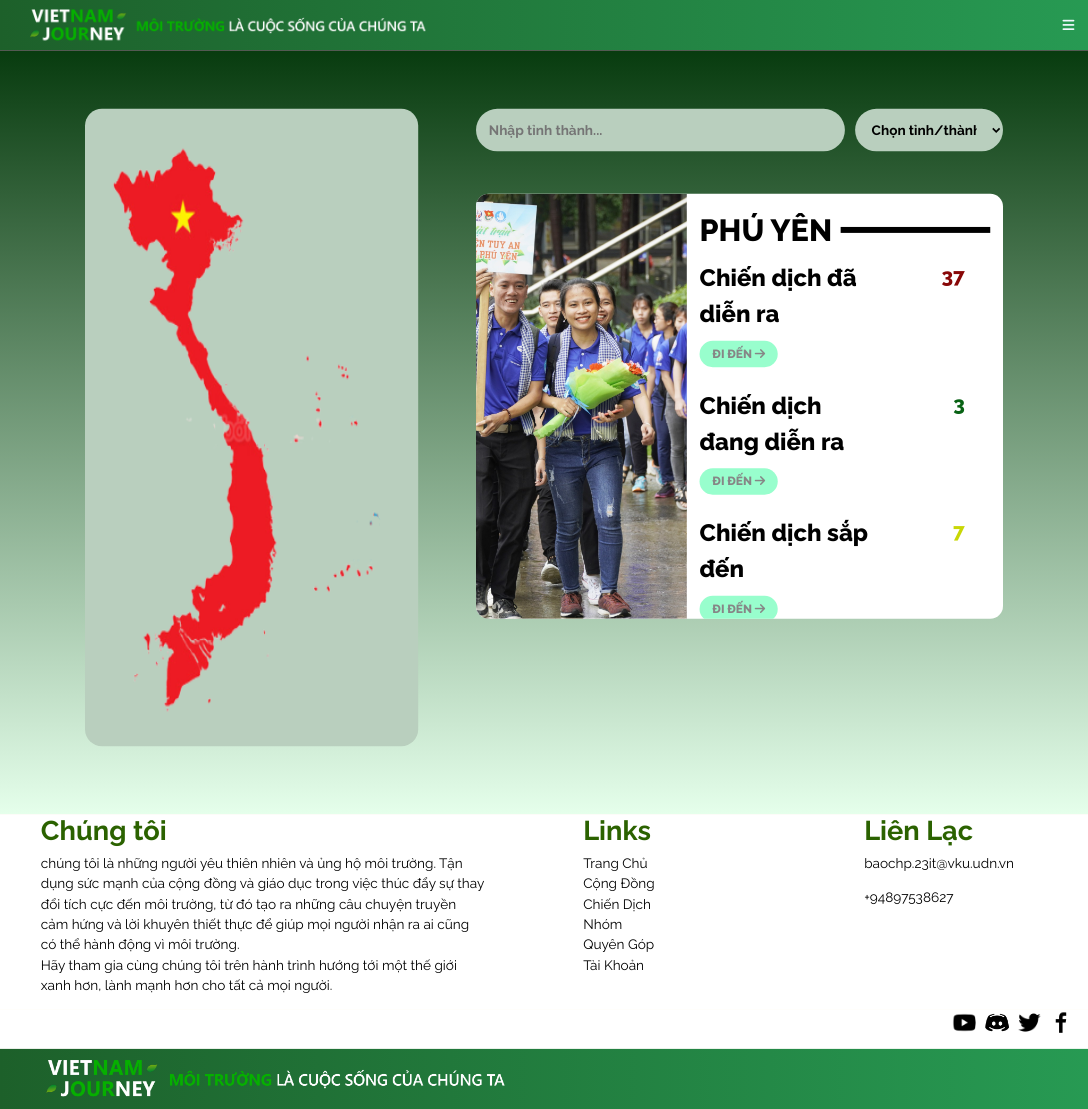
Repository: Boima12/Boima12.github.io_VietnamJourney
Page: HTML/ChienDich/ChienDich.html
The author's editor kept a copy of each file at every save. The page is drawn from the files as they stood at one save, then again after the next save.
The browser window is 1280 px wide. The pictures show the whole page, at 85% of full size.

Above is the page before, as saved 2024-05-25 08:37:13.

### HTML/ChienDich/ChienDich.html
<!DOCTYPE html>
<HTML lang="en">

<HEAD>
    <TITLE>Chiến Dịch</TITLE>
    <meta charset="UTF-8">
    <meta name="viewport" content="width=device-width, initial-scale=1.0">

    <!-- Favicon -->
    <link rel="icon" type="image/x-icon" href="../../Images/yo.ico">

    <!--Bootstrap 5-->
    <link href="https://cdn.jsdelivr.net/npm/bootstrap@5.3.3/dist/css/bootstrap.min.css" rel="stylesheet">
    <script src="https://cdn.jsdelivr.net/npm/bootstrap@5.3.3/dist/js/bootstrap.bundle.min.js"></script>
    <!-- <link rel="stylesheet" href="https://cdn.jsdelivr.net/npm/bootstrap@4.6.2/dist/css/bootstrap.min.css" integrity="sha384-xOolHFLEh07PJGoPkLv1IbcEPTNtaed2xpHsD9ESMhqIYd0nLMwNLD69Npy4HI+N" crossorigin="anonymous"> -->
    <!-- Font Awesome -->
    <link rel="stylesheet" href="https://cdnjs.cloudflare.com/ajax/libs/font-awesome/6.5.1/css/all.min.css">

    <!-- CSS -->
    <link rel="stylesheet" href="ChienDich.css">
</HEAD>



<BODY style="background-color: #FFF4E6;">

    <!-- header là Navigation bar -->
    <header id="header1">
        <div class="logo">
            <img class="logo1" src="../../Images/header1.png" onclick="navToIntro()" style="height: 40px;">
            <img class="logo2" src="../../Images/header2.png" onclick="navToIntro()">
        </div>

        <div class="links">
            <nav>
                <a href="../TrangChu/TrangChu.html">TRANG CHỦ</a>
                <a href="../CongDong/CongDong.html">CỘNG ĐỒNG</a>
                <a href="../ChienDich/ChienDich.html">CHIẾN DỊCH</a>
                <a href="../Nhom/Nhom.html">NHÓM</a>
                <a href="../QuyenGop/QuyenGop.html">QUYÊN GÓP</a>
                <a href="../TaiKhoan/TaiKhoan.html">TÀI KHOẢN</a>
            </nav>
        </div>

        <div class="bar" onclick="MenuBar()">
            <i class="fa-solid fa-bars"></i>
        </div>

        <div id="overlay"></div>

        <div id="sidebar">
            <div class="sidebar-content">

                <div style="color: aliceblue;text-align: right;margin-top:0;" onclick="CloseBar()"><i
                        class="fa-solid fa-bars"></i></div>

                <!-- <p>VỀ CHÚNG TÔI <i class="fa-regular fa-address-card"></i></p> -->
                <a href="../TrangChu/TrangChu.html">TRANG CHỦ <i class="fa-solid fa-house"></i></a>
                <a href="../CongDong/CongDong.html">CỘNG ĐỒNG <i class="fa-solid fa-earth-americas"></i></a>
                <a href="../ChienDich/ChienDich.html">CHIẾN DỊCH <i class="fa-solid fa-fire"></i></a>
                <a href="../Nhom/Nhom.html">NHÓM <i class="fa-solid fa-people-group"></i></a>
                <a href="../QuyenGop/QuyenGop.html">QUYÊN GÓP <i class="fa-solid fa-hand-holding-dollar"></i></a>
                <a href="../TaiKhoan/TaiKhoan.html">TÀI KHOẢN <i class="fa-solid fa-user"></i></a>
            </div>

        </div>

    </header>
    <div style="height: 3rem;"></div> <!-- Cách một khoảng cho navigation bar -->















<!-- LÀM Ở ĐÂY -->
    <div class="section-one">
        <div class="container">
            <div class="row">
                <div class="col-xl-5  col-lg-5 col-md-12 col-sm-12 col-12">
                    <div class="map">
                        <img src="./images/bando.png" alt="bản đồ việt nam">
                    </div>
                </div>
                <div class="col-xl-7 col-lg-7 col-md-12 col-sm-12 col-12">
                    <div class="right">
                        <div class="search">
                            <input type="search" class="inner-search" placeholder="Nhập tỉnh thành...">
                            <select id="province" name="province" required>
                                <option value="" selected disabled>Chọn tỉnh/thành</option>
                            </select>
                        </div>
                        <div class="content">
                            <img src="./images/anh1.jpg" alt="">
                            <div class="inner-content">
                                <div class="inner-title">
                                    <div class="inner-text">PHÚ YÊN</div>
                                    <div class="inner-line"></div>
                                </div>
                                <div class="part">
                                    <div class="inner-content">
                                        <div class="inner-title">Chiến dịch đã diễn ra</div>
                                        <div class="inner-button">ĐI ĐẾN <i class="fa-solid fa-arrow-right"></i></div>
                                    </div>
                                    <div class="inner-count red">37</div>
                                </div>
                                <div class="part">
                                    <div class="inner-content">
                                        <div class="inner-title">Chiến dịch đang diễn ra</div>
                                        <div class="inner-button">ĐI ĐẾN <i class="fa-solid fa-arrow-right"></i></div>
                                    </div>
                                    <div class="inner-count green">3</div>
                                </div>
                                <div class="part">
                                    <div class="inner-content">
                                        <div class="inner-title">Chiến dịch sắp đến</div>
                                        <div class="inner-button">ĐI ĐẾN <i class="fa-solid fa-arrow-right"></i></div>
                                    </div>
                                    <div class="inner-count yellow">7</div>
                                </div>
                            </div>
                        </div>
                    </div>
                </div>
            </div>
        </div>
    </div>















    <footer>
        <div class="up">
            <div id="about">
                <h2>Chúng tôi</h2>
                <p>chúng tôi là những người yêu thiên nhiên và ủng hộ môi trường. Tận dụng sức mạnh của cộng đồng và giáo dục trong việc thúc đẩy sự thay đổi tích cực đến môi trường, từ đó tạo ra những câu chuyện truyền cảm hứng và lời khuyên thiết thực để giúp mọi người nhận ra ai cũng có thể hành động vì môi trường.<br>
                    Hãy tham gia cùng chúng tôi trên hành trình hướng tới một thế giới xanh hơn, lành mạnh hơn cho tất cả mọi người.
                </p>
            </div>

            <div id="quickLinks">
                <h2>Links</h2>
                <a href="../../HTML/TrangChu/TrangChu.html">Trang Chủ</a>
                <a href="../../HTML/CongDong/CongDong.html">Cộng Đồng</a>
                <a href="../../HTML/ChienDich/ChienDich.html">Chiến Dịch</a>
                <a href="../../HTML/Nhom/Nhom.html">Nhóm</a>
                <a href="../../HTML/QuyenGop/QuyenGop.html">Quyên Góp</a>
                <a href="../../HTML/TaiKhoan/TaiKhoan.html">Tài Khoản</a>
            </div>

            <div id="contacts">
                <h2>Liên Lạc</h2>
                <p>baochp.23it@vku.udn.vn</p>
                <p>+94897538627</p>
            </div>
        </div>


        <div class="mid">
            <a href="https://www.youtube.com/channel/UC1cpkfqLNp6I1HgNy2MUhUg"><img src="../../Images/youtube_icon.png"></a>
            <a href="https://discord.com/invite/45fkbZcj"><img src="../../Images/discord_icon.png"></a>
            <a href="https://x.com/dog_rates"><img src="../../Images/twitter_icon.png"></a>
            <a href="https://web.facebook.com/vku.udn.vn/?_rdc=1&_rdr"><img src="../../Images/facebook_icon.png"></a>
        </div>


        <div class="bot">
            <img class="logo1" src="../../Images/header1.png">
            <img class="logo2" src="../../Images/header2.png">
        </div>
    </footer>


    <!-- JavaScript -->
    <script src="../../Script/ChienDich.js"></script>
    <noscript>Your Browser doesn't support JavaScript</noscript>

</BODY>

</HTML>

### HTML/ChienDich/ChienDich.css
/* IMPORTING */
@font-face {
    font-family: Raleway;
    src: url("../../Fonts/Raleway-VariableFont_wght.ttf");
}

/* END IMPORTING */

/*BASE*/
* {
    box-sizing: border-box;
}

:root {
    --color-bg: #05390C;
    --color-green: #00FF0A;
    --color-text: #000000;
    --color-desc: #868686;
  }

body {
    color: var(--color-text);
}

.container {
    max-width: 100%;
    padding-left: 100px;
    padding-right: 100px;
}

/*BASE*/

/* Loại bỏ margin - padding global */
* {
    margin: 0px;
    padding: 0px;
}


/* global font */
* {
    font-family: Raleway;
}



/* NAVIGATION BAR */
header {
    display: flex;
    align-items: center;
    justify-content: space-between;
    position: fixed;
    width: 100%;
    height: 60px;
    border-bottom: 1.5px solid rgb(97, 94, 94);
    background: linear-gradient(to right, rgb(29, 96, 42), rgb(39, 154, 83));
    z-index: 999;
}


header div.logo img {
    width: auto;
    height: 2.9rem;
    /* margin-left: 3rem; */
}

header div.logo img.logo1 {
    display: block;
    padding-left: 10px;
    margin: 20px;
}

header div.logo img.logo2 {
    display: none;
}


header div.links nav {
    display: flex;
    justify-content: space-around;
    width: 100%;
}


header div.links nav a {
    margin: 0;
    padding: 0 1rem;

    cursor: pointer;

    text-decoration: none;
    color: white;
    font-size: 16px;
    font-weight: 600;
}


header div.links nav a:hover {
    color: #b8e994;
}


header div.bar {
    display: none;
    margin-right: 1rem;

    color: aliceblue;
    text-align: right;
}


header #overlay {
    display: none;
    position: fixed;

    top: 0;
    left: 0;
    width: 100%;
    height: 100%;

    background-color: rgba(0, 0, 0, 0.8);

    z-index: 9999;
}


header #sidebar {
    display: flex;
    justify-content: flex-end;
    float: right;

    position: fixed;

    top: 0;
    right: -20%;
    width: 20%;
    height: 100%;
    border: none;
    overflow: hidden;

    background: linear-gradient(to top, rgb(37, 79, 46), rgb(53, 189, 105));

    transition: right 0.3s ease-in-out;
    z-index: 10000;

}


header #sidebar.open {
    right: 0;
}


header #sidebar div.sidebar-content {
    display: flex;
    flex-direction: column;
    overflow-y: auto;
    overflow-x: hidden;
    padding: 1.5rem;
    width: 100%;
}


header #sidebar div.sidebar-content a {
    text-align: right;
    text-decoration: none;
    font-size: 1.2rem;

    color: aliceblue;
    margin-top: 1.5rem;

    margin-right: 0;
}


header #sidebar div.sidebar-content a:hover {
    color: #b8e994;
}


header #sidebar div.sidebar-content i {
    font-size: smaller;
}

/* END NAVIGATION BAR */

/* SECTION-ONE */
.section-one {
    background-image: linear-gradient(to bottom, #05390C, #E5FFEB);
    padding-top: 80px;
    padding-bottom: 80px;
}

.map {
    width: 90%;
    position: relative;
    border-radius: 20px;
    max-width: 100%;
    overflow: hidden;
    height: 750px;
    object-fit: cover;
    background-color: #b9cfbe ;
}

.map img {
    width: 100%;
    height: 100%;
}

.right {
    height: 700px;
}

.right .search {
    height: 50px;
    margin-bottom: 50px;
    display: flex;
    justify-content: space-between;
}

.right .search .inner-search {
    background-color: #B9CFBE;
    height: 100%;
    width: 70%;
    border-radius: 40px;
    border: none;
    padding: 5px 15px 5px 15px;
    font-size: 16px;
    font-weight: 700;
}

.right .search #province {
    background-color: #B9CFBE;
    height: 100%;
    width: 28%;
    border-radius: 40px;
    border: none;
    padding: 5px 15px 5px 15px;
    font-size: 16px;
    font-weight: 700;
}

.right .content {
    display: flex;
    border-radius: 15px;
    overflow: hidden;
    height: 500px;
    background-color: white;
}

.right .content img {
    width: 40%;
    height: auto;
    object-fit: cover;
}

.right .content .inner-content {
    width: 60%;
    padding: 15px;
}

.right .content .inner-content .inner-title {
    width: 100%;
    font-size: 36px;
    font-weight: 800;
    display: flex;
    align-items: center;
    margin-bottom: 10px;
}

.right .content .inner-content .inner-title .inner-text {
    display: inline-block;
}

.right .content .inner-content .inner-title .inner-line {
    flex-grow: 1;
    position: relative;
    height: 7px;
    background-color: #000000;
    line-height: 100%;
    margin-left: 10px;
}

.right .content .inner-content .part {
    width: 100%;
    display: flex;
    justify-content: space-between;
    margin-bottom: 25px;
}

.right .content .inner-content .part .inner-content {
    padding: 0;
}

.right .content .inner-content .part .inner-content .inner-title{
    font-size: 28px;
}

.right .content .inner-content .part .inner-content .inner-button {
    font-size: 14px;
    font-weight: 800;
    color: var(--color-desc);
    background-color: #98FECD;
    display: inline-block;
    padding: 5px 15px 5px 15px;
    border-radius: 20px;
}

.right .content .inner-content .part .inner-count {
    font-size: 24px;
    font-weight: 800;
    text-align: center;
    margin-right: 30px;
}

.right .content .inner-content .part .red {
    color: #880707;
}

.right .content .inner-content .part .green {
    color: #086214;
}

.right .content .inner-content .part .yellow {
    color: #c9d705;
}

/* END SECTION-ONE */











































/* Code CSS ở đây */






































/* FOOTER */
footer div.up {
    display: flex;
    justify-content: space-around;
    gap: 1.2rem;
    width: 100%;

    background-color: white;

}


footer div.up h2 {
    font-weight: bold;
    color: #2B6200;
}


footer div.up #about {
    display: flex;
    flex-direction: column;
    justify-content: flex-start;

    width: 50%;
    padding-left: 3rem;
    padding-right: 3rem;
}


footer div.up #quickLinks {
    display: flex;
    flex-direction: column;
    justify-content: flex-start;

    width: 25%;
    padding-left: 3rem;
    padding-right: 3rem;
}


footer div.up #quickLinks a {
    text-decoration: none;
    color: black;
}


footer div.up #contacts {
    display: flex;
    flex-direction: column;
    justify-content: flex-start;

    width: 25%;
    padding-left: 3rem;
    padding-right: 3rem;
}


footer div.mid {
    display: flex;
    justify-content: flex-end;
    gap: 0.5rem;

    width: 100%;
    padding-right: 1rem;
    padding-bottom: 1rem;
    background-color: white;
}


footer div.mid a img {
    width: 30px;
    height: 30px;
}


footer div.bot {
    display: flex;
    justify-content: flex-start;

    padding-left: 3rem;
    padding-top: 0.75rem;
    padding-bottom: 0.75rem;
    width: 100%;

    background: linear-gradient(to right, rgb(29, 96, 42), rgb(39, 154, 83));
}


footer div.bot img {
    width: auto;
    height: 2.9rem;
}


footer div.bot img.logo1 {
    display: block;
}


footer div.bot img.logo2 {
    display: none;
}


/* END FOOTER */













/* RESPONSIVE DESIGN */
@media (max-width: 1380px) {
    header div.links nav a {
        display: none;
    }

    header div.bar  {
        display: block;
    }

    header #sidebar {
        right: -30%;
        width: 30%;
    }
}


@media (max-width: 950px) {
    footer div.up {
        flex-direction: column;
    }

    footer div.up #about {
        width: 100%;
    }

    footer div.up #quickLinks {
        width: 100%;
    }

    footer div.up #contacts {
        width: 100%;
    }
}


@media (max-width: 630px) {
    header {
        height: 3.5rem;
    }

    header div.logo img.logo1 {
        display: none;
    }

    header div.logo img.logo2 {
        display: block;
    }

    header div.logo img {
        width: auto;
        height: 3.5rem;
        margin-left: 14rem;
    }

    header #sidebar {
        right: -50%;
        width: 50%;
    }

    footer div.bot {
        justify-content: center;
        padding-left: 0rem;
    }

    footer div.bot img {
        height: 3.5rem;
    }

    footer div.bot img.logo1 {
        display: none;
    }

    footer div.bot img.logo2 {
        display: block;
    }
}


@media (max-width: 560px) {
    header div.logo img {
        margin-left: 8rem;
    }

    header #sidebar {
        right: -60%;
        width: 60%;
    }
}


@media (max-width: 320px) {
    header div.logo img {
        margin-left: 5rem;
    }
}

/* END RESPONSIVE DESIGN */

### Script/ChienDich.js
// header menu bar
const overlay = document.getElementById('overlay');
const sidebar = document.getElementById('sidebar');

function MenuBar() {
    overlay.style.display = 'block';
    sidebar.classList.add('open');
}

function CloseBar() {
    overlay.style.display = 'none';
    sidebar.classList.remove('open');
}


// back to intro when click the logo
function navToIntro() {
    window.location.href = '../../index.html';
}


// navigation bar background transparency
// const header = document.getElementById('header1');
// function toggle_header() {
//     if (window.screenY == 0) {
//         header.style.background = 'linear-gradient(to right, rgba(29, 96, 42, 0), rgba(39, 154, 83, 0))';
//     } else if (window.screenY < 210) {
//         header.style.background = 'linear-gradient(to right, rgba(29, 96, 42, ' + parseInt(window.scrollY)*2 / 300 + '), rgba(39, 154, 83, ' + parseInt(window.scrollY)*2 / 300 + '))';
//     } else {
//         header.style.background = 'linear-gradient(to right, rgba(29, 96, 42, 0.7), rgba(39, 154, 83, 0.7))';
//     }
// }

// window.addEventListener('scroll', toggle_header);


const provinces = [
    "An Giang", "Bà Rịa - Vũng Tàu", "Bắc Giang", "Bắc Kạn", "Bạc Liêu",
    "Bắc Ninh", "Bến Tre", "Bình Định", "Bình Dương", "Bình Phước",
    "Bình Thuận", "Cà Mau", "Cần Thơ", "Cao Bằng", "Đà Nẵng",
    "Đắk Lắk", "Đắk Nông", "Điện Biên", "Đồng Nai", "Đồng Tháp",
    "Gia Lai", "Hà Giang", "Hà Nam", "Hà Nội", "Hà Tĩnh",
    "Hải Dương", "Hải Phòng", "Hậu Giang", "Hòa Bình", "Hưng Yên",
    "Khánh Hòa", "Kiên Giang", "Kon Tum", "Lai Châu", "Lâm Đồng",
    "Lạng Sơn", "Lào Cai", "Long An", "Nam Định", "Nghệ An",
    "Ninh Bình", "Ninh Thuận", "Phú Thọ", "Phú Yên", "Quảng Bình",
    "Quảng Nam", "Quảng Ngãi", "Quảng Ninh", "Quảng Trị", "Sóc Trăng",
    "Sơn La", "Tây Ninh", "Thái Bình", "Thái Nguyên", "Thanh Hóa",
    "Thừa Thiên Huế", "Tiền Giang", "TP Hồ Chí Minh", "Trà Vinh",
    "Tuyên Quang", "Vĩnh Long", "Vĩnh Phúc", "Yên Bái"
];

const select = document.getElementById('province');

provinces.forEach(province => {
    const option = document.createElement('option');
    option.value = province;
    option.textContent = province;
    select.appendChild(option);
});

After the next save:
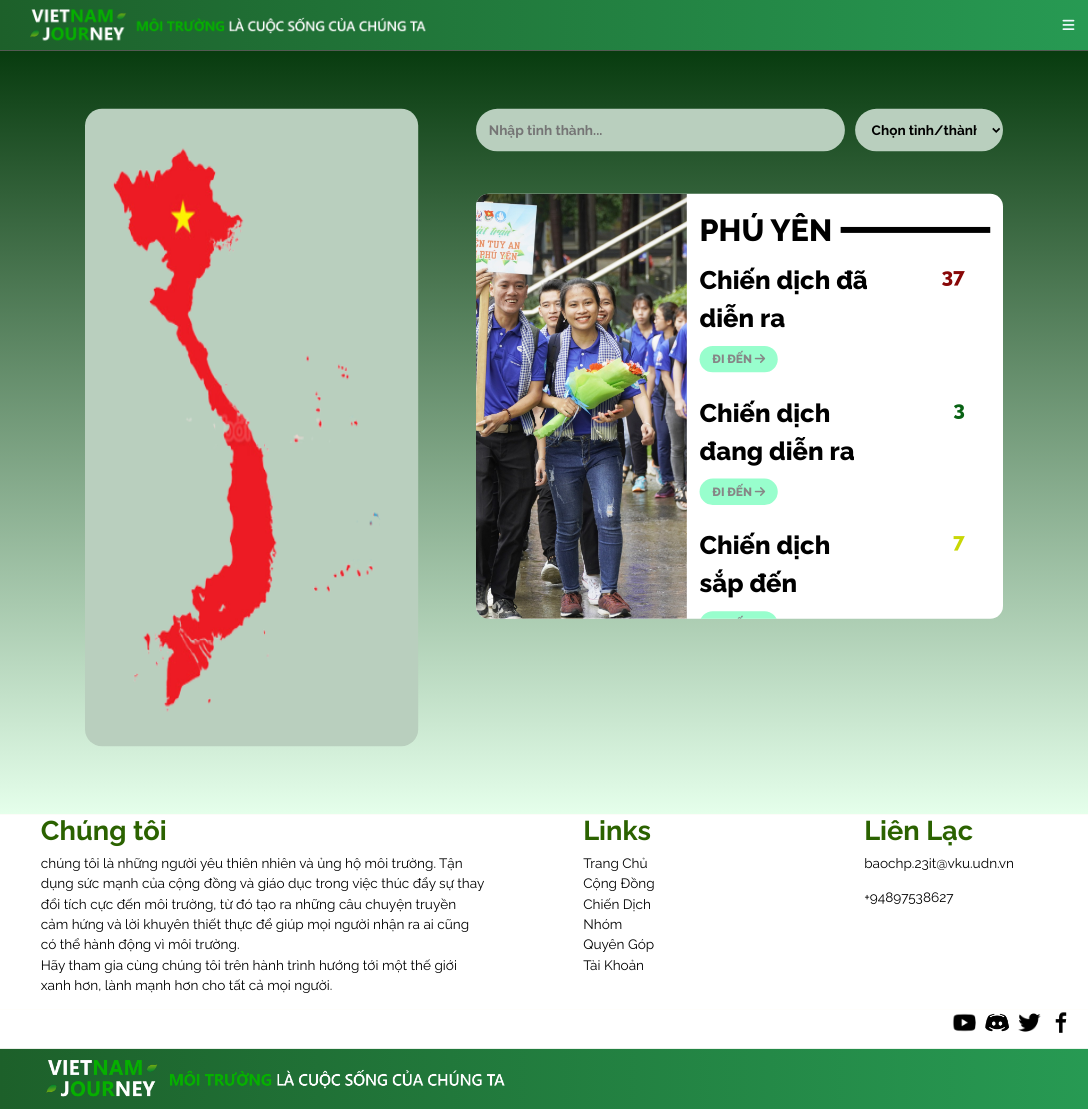
Saved 6 s later.
--- a/HTML/ChienDich/ChienDich.css
+++ b/HTML/ChienDich/ChienDich.css
@@ -293,7 +293,7 @@
 }
 
 .right .content .inner-content .part .inner-content .inner-title{
-    font-size: 28px;
+    font-size: 30px;
 }
 
 .right .content .inner-content .part .inner-content .inner-button {

After the save that followed:
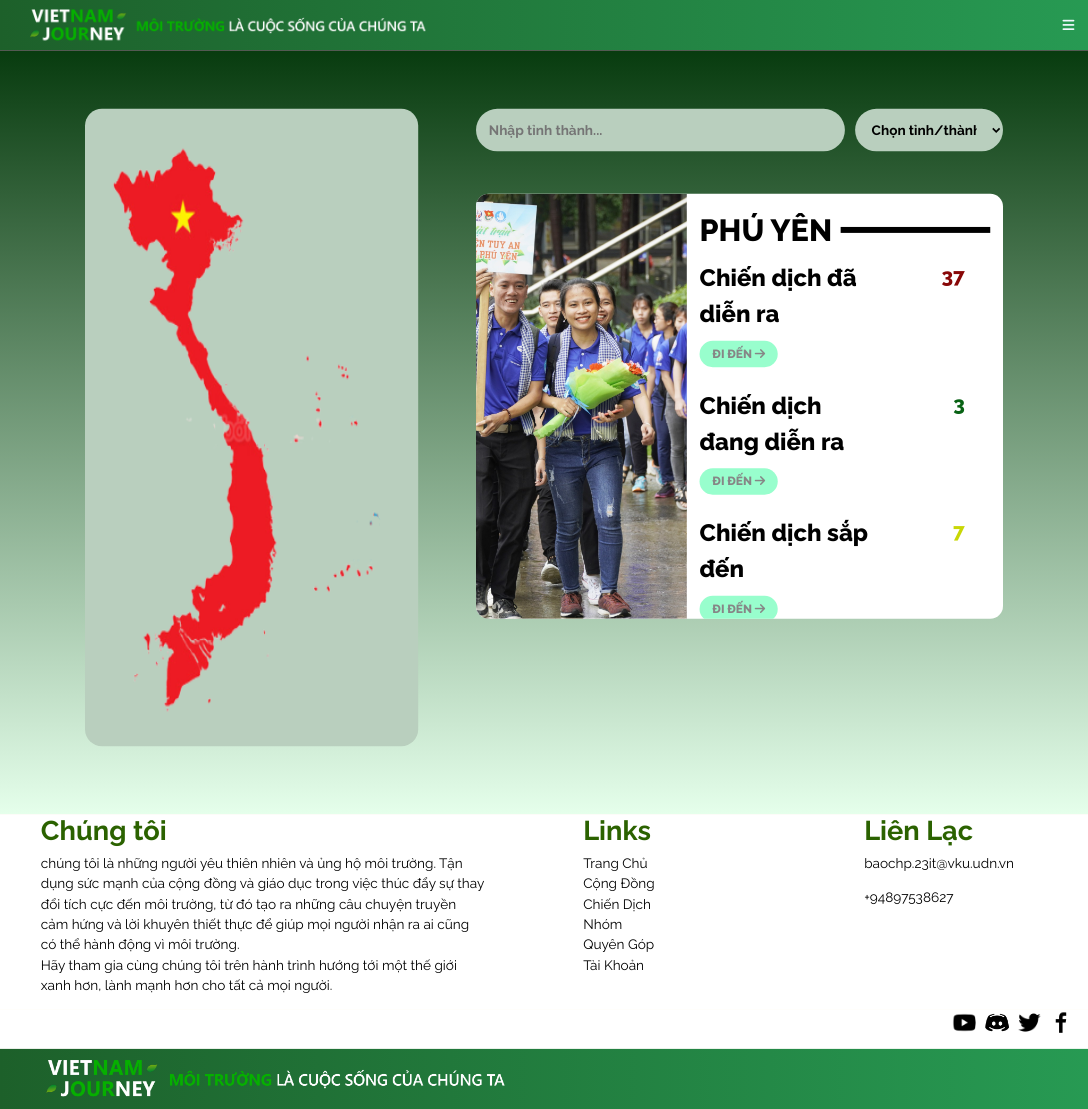
Saved 7 s later.
--- a/HTML/ChienDich/ChienDich.css
+++ b/HTML/ChienDich/ChienDich.css
@@ -293,7 +293,7 @@
 }
 
 .right .content .inner-content .part .inner-content .inner-title{
-    font-size: 30px;
+    font-size: 28px;
 }
 
 .right .content .inner-content .part .inner-content .inner-button {
